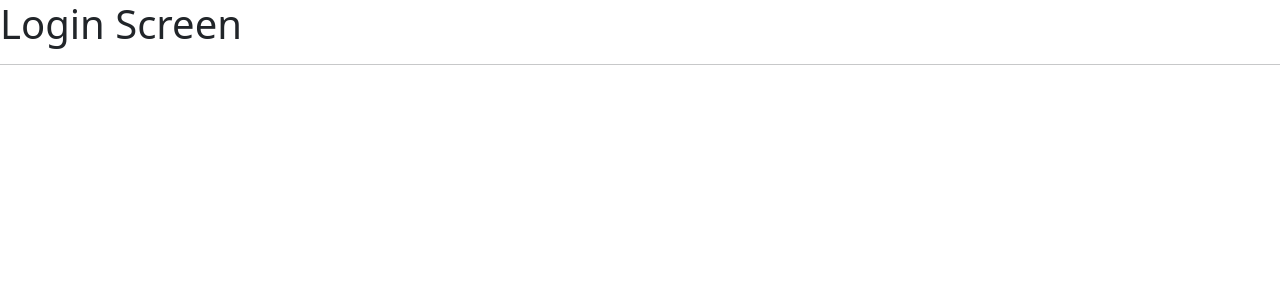
Repository: ppfeliuu/hooks-app
Page: /login
An editor plug-in stored every save of this project. The page is shown before and after the next save, followed by the edit.
The browser window is 1280 px wide. The pictures show the whole page.
The project was rebuilt for these pictures with package versions that can differ from the ones it lists, and the page was loaded fresh each time. A package was used in the major version that the imports need, not the one package.json lists. Also part of the build but not shown: src/components/09-useContext/AboutScreen.js.

Above is the page before, as saved 2021-05-30 13:47:44.

### public/index.html
<!DOCTYPE html>
<html lang="en">
  <head>
    <meta charset="utf-8" />
    <link rel="icon" href="%PUBLIC_URL%/favicon.ico" />
    <meta name="viewport" content="width=device-width, initial-scale=1" />
    <meta name="theme-color" content="#000000" />
    <meta
      name="description"
      content="Web site created using create-react-app"
    />
    <link rel="apple-touch-icon" href="%PUBLIC_URL%/logo192.png" />
    <!--
      manifest.json provides metadata used when your web app is installed on a
      user's mobile device or desktop. See https://developers.google.com/web/fundamentals/web-app-manifest/
    -->
    <link rel="manifest" href="%PUBLIC_URL%/manifest.json" />
    <!--
      Notice the use of %PUBLIC_URL% in the tags above.
      It will be replaced with the URL of the `public` folder during the build.
      Only files inside the `public` folder can be referenced from the HTML.

      Unlike "/favicon.ico" or "favicon.ico", "%PUBLIC_URL%/favicon.ico" will
      work correctly both with client-side routing and a non-root public URL.
      Learn how to configure a non-root public URL by running `npm run build`.
    -->
    <link
      href="https://cdn.jsdelivr.net/npm/bootstrap@5.0.1/dist/css/bootstrap.min.css"
      rel="stylesheet"
      integrity="sha384-+0n0xVW2eSR5OomGNYDnhzAbDsOXxcvSN1TPprVMTNDbiYZCxYbOOl7+AMvyTG2x"
      crossorigin="anonymous"
    />
    <title>Hooks App</title>
  </head>
  <body>
    <noscript>You need to enable JavaScript to run this app.</noscript>
    <div id="root"></div>
    <!--
      This HTML file is a template.
      If you open it directly in the browser, you will see an empty page.

      You can add webfonts, meta tags, or analytics to this file.
      The build step will place the bundled scripts into the <body> tag.

      To begin the development, run `npm start` or `yarn start`.
      To create a production bundle, use `npm run build` or `yarn build`.
    -->
  </body>
</html>

### src/index.js
import React from "react";
import ReactDOM from "react-dom";
// import { Padre } from "./components/07-tarea-memo/Padre";
// import { CallBackHook } from "./components/06-memos/CallBackHook";
// import { MemoHook } from "./components/06-memos/MemoHooks";
// import { CounterApp } from "./components/01-useState/CounterApp";
// import { CounterWithCustomHook } from "./components/01-useState/CounterWithCustomHook";
// import { FormWithCustomHook } from "./components/02-useEffect/FormWithCustomHook";
// import { SimpleForm } from "./components/02-useEffect/SimpleForm";
// import { FocusScreen } from "./components/04-useRef/FocusScreen";
// import { RealExampleRef } from "./components/04-useRef/RealExampleRef";
// import { LayoutEffects } from "./components/05-useLayoutEffect/LayoutEffect";
// import { MultipleCustomHooks } from "./components/examples/MultipleCustomHooks";
// import { HookApp } from "./HookApp";
// import { Memorize } from "./components/06-memos/Memorize";
// import { TodoApp } from "./components/08-useReducer/TodoApp";
import { MainApp } from "./components/09-useContext/MainApp";

ReactDOM.render(<MainApp />, document.getElementById("root"));
// import "./components/08-useReducer/intro-reducer";

### src/components/09-useContext/MainApp.js
import React from "react";
import { AppRouter } from "./AppRouter";

export const MainApp = () => {
  return (
    <div>
      <AppRouter />
    </div>
  );
};

### src/components/09-useContext/AppRouter.js
import React from "react";
import { BrowserRouter as Router, Switch, Route, Link } from "react-router-dom";
import { AboutScreen } from "./AboutScreen";
import { LoginScreen } from "./LoginScreen";
import { HomeScreen } from "./HomeScreen";

export const AppRouter = () => {
  return (
    <Router>
      <div>
        <Switch>
          <Route path="/about" component={AboutScreen} />
          <Route path="/login" component={LoginScreen} />
          <Route path="/" component={HomeScreen} />
        </Switch>
      </div>
    </Router>
  );
};

### src/components/09-useContext/LoginScreen.js
import React from "react";

export const LoginScreen = () => {
  return (
    <div>
      <h1>Login Screen</h1>
      <hr />
    </div>
  );
};

### src/components/09-useContext/HomeScreen.js
import React from "react";

export const HomeScreen = () => {
  return (
    <div>
      <h1>Home Screen</h1>
      <hr />
    </div>
  );
};

After the next save:
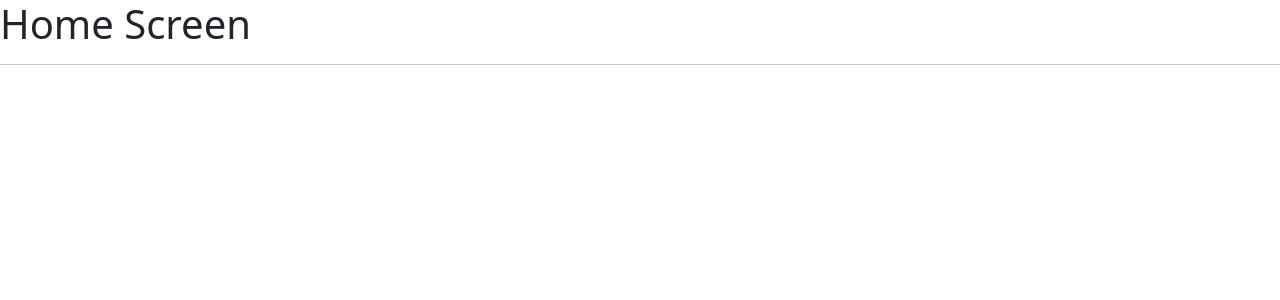
Saved 23 s later.
--- a/src/components/09-useContext/AppRouter.js
+++ b/src/components/09-useContext/AppRouter.js
@@ -9,9 +9,9 @@
     <Router>
       <div>
         <Switch>
+          <Route path="/" component={HomeScreen} />
           <Route path="/about" component={AboutScreen} />
           <Route path="/login" component={LoginScreen} />
-          <Route path="/" component={HomeScreen} />
         </Switch>
       </div>
     </Router>

After the save that followed:
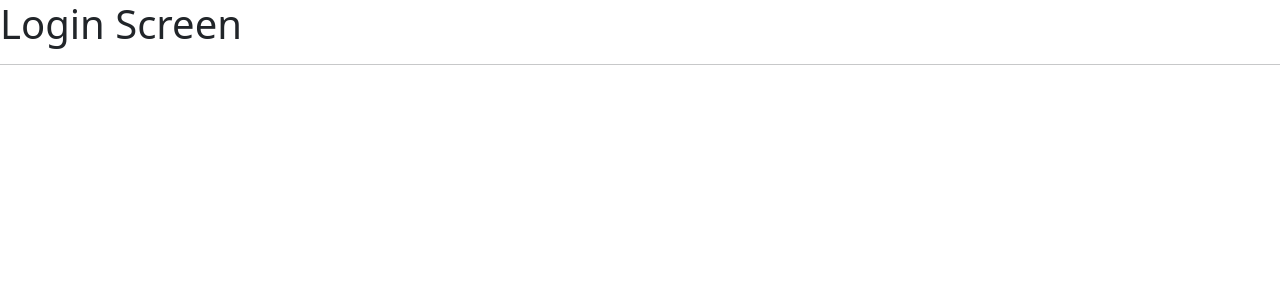
Saved 38 s later.
--- a/src/components/09-useContext/AppRouter.js
+++ b/src/components/09-useContext/AppRouter.js
@@ -9,7 +9,7 @@
     <Router>
       <div>
         <Switch>
-          <Route path="/" component={HomeScreen} />
+          <Route path="/" exact component={HomeScreen} />
           <Route path="/about" component={AboutScreen} />
           <Route path="/login" component={LoginScreen} />
         </Switch>
